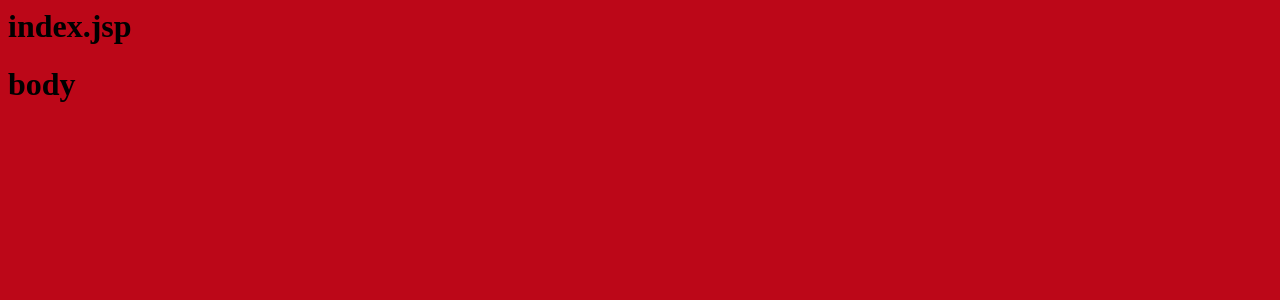
Repository: jjungee/DDIT-JSP
Page: http://localhost/JSP_sitemesh/
These files come from the project's save history. The page is drawn as it stood at one moment and after the next save; the edit follows.
The browser window is 1280 px wide. The pictures show the whole page.
The page is served by Tomcat 9. Nobody is signed in. The application's start-up code is not run.

Above is the page before, as saved 2020-11-06 03:43:13.

After the next save:
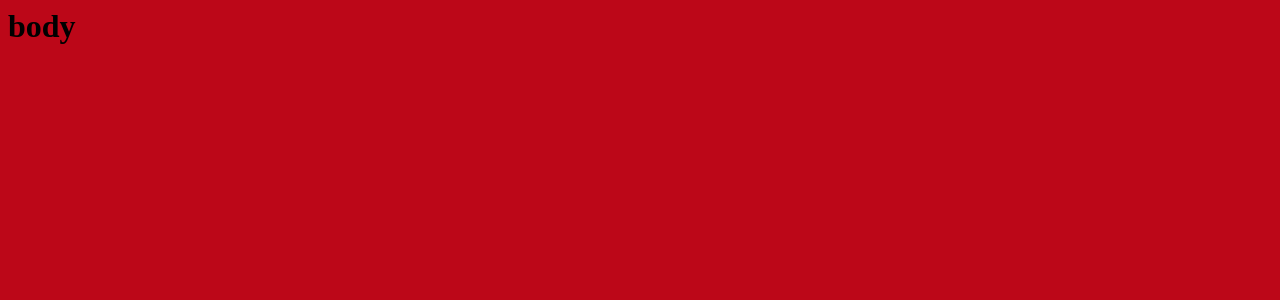
Saved 4 s later.
--- a/JSP_sitemesh/WebContent/index.jsp
+++ b/JSP_sitemesh/WebContent/index.jsp
@@ -14,7 +14,6 @@
 <body>
 	<div class="content-wraper">
 		<div class="content-header">
-			<h1>index.jsp</h1>
 
 		<div class="content">
 			<h1>body</h1>

After the save that followed:
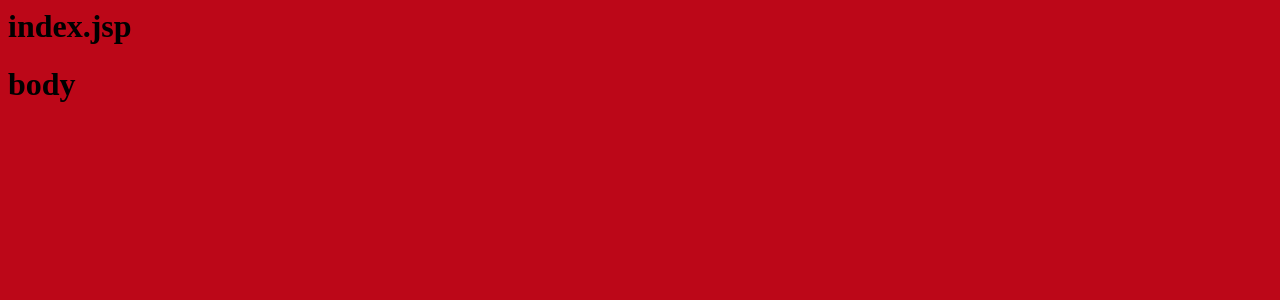
Saved 17 s later.
--- a/JSP_sitemesh/WebContent/index.jsp
+++ b/JSP_sitemesh/WebContent/index.jsp
@@ -14,10 +14,11 @@
 <body>
 	<div class="content-wraper">
 		<div class="content-header">
+			<h1>index.jsp</h1>
 
-		<div class="content">
-			<h1>body</h1>
-		</div>
+			<div class="content">
+				<h1>body</h1>
+			</div>
 		</div>
 	</div>
 </body>
